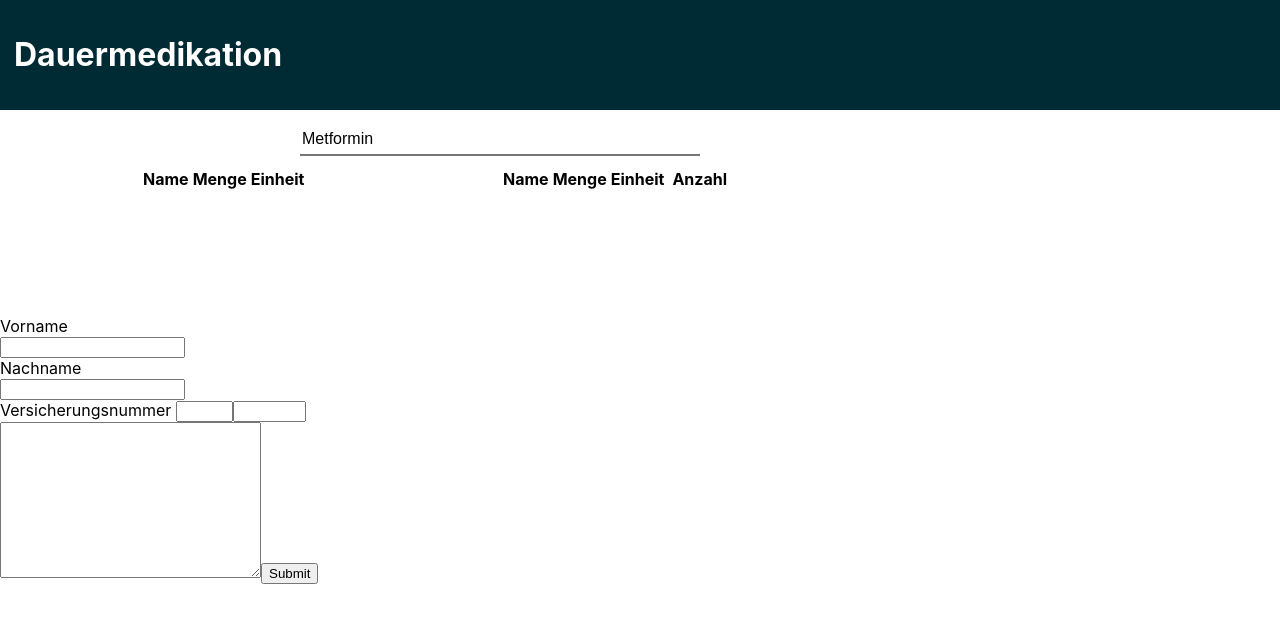
Repository: Esatollah/MedDemo
Page: / (app in client/)
The author's editor kept a copy of each file at every save. The page is drawn from the files as they stood at one save, then again after the next save.
The browser window is 1280 px wide. The pictures show the whole page.
The page's requests for data from a server got no answer. The project was rebuilt for these pictures with package versions that can differ from the ones it lists, and the page was loaded fresh each time. No one was signed in, and anything a server would have sent is missing. Also part of the build but not shown: client/src/App.css, client/src/Routes/Bestellungen.jsx.

Above is the page before, as saved 2022-06-10 11:54:11.

After the next save:
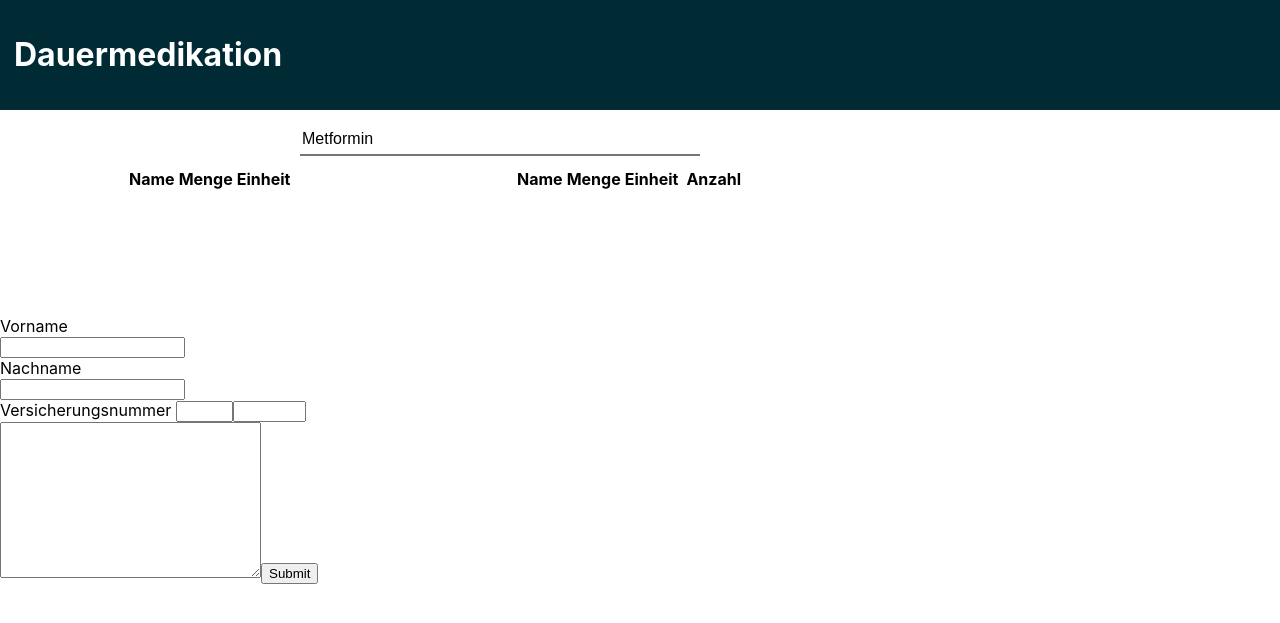
Saved 73 s later.
--- a/client/src/Styles/SearchStyles.js
+++ b/client/src/Styles/SearchStyles.js
@@ -45,6 +45,7 @@ border: 1px;
         display:flex;
         flex-direction: row;
         justify-content: center;
+        gap: 28px;
     }
 
     .table-container {
